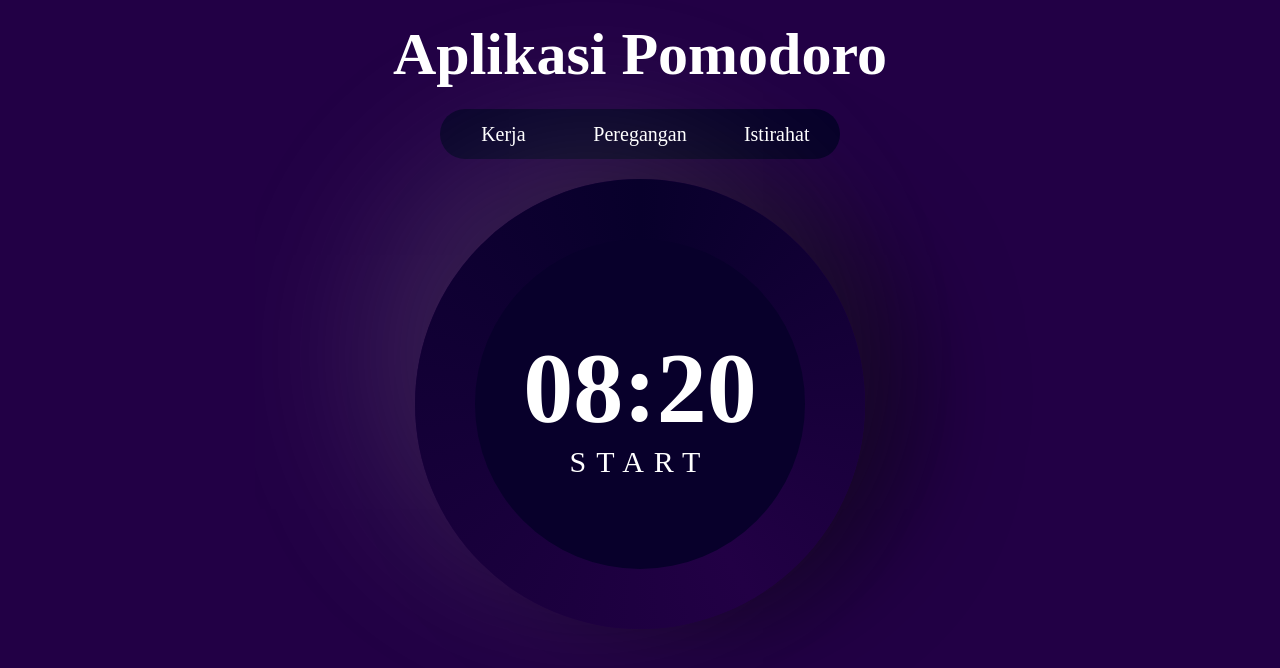
Repository: sellayspy/aplikasiPomodoro
Page: /
An editor plug-in stored every save of this project. The page is shown before and after the next save, followed by the edit.
The browser window is 1280 px wide. The pictures show the whole page.
The project was rebuilt for these pictures with package versions that can differ from the ones it lists, and the page was loaded fresh each time. Also part of the build but not shown: vite.config.js.

Above is the page before, as saved 2024-11-25 15:05:26.

### index.html
<!DOCTYPE html>
<html lang="en">
  <head>
    <meta charset="UTF-8" />
    <link rel="icon" type="image/svg+xml" href="/vite.svg" />
    <meta name="viewport" content="width=device-width, initial-scale=1.0" />
    <title>Aplikasi Pomodoro</title>
  </head>
  <body>
    <div id="root"></div>
    <script type="module" src="/src/main.jsx"></script>
  </body>
</html>

### src/main.jsx
import { StrictMode } from "react";
import { createRoot } from "react-dom/client";
import { createGlobalStyle, ThemeProvider } from "styled-components";
import App from "./App.jsx";
import StateProvider from "./components/StateProvider.jsx";

const GlobalStyle = createGlobalStyle`

*{
  margin: 0;
  padding: 0;
  box-sizing: border-box;
}

  html,body{
    background-color: ${(props) => props.theme.colors.bg};;
    font-size: 62.5%;
  }

  body{
    font-size: 1.6rem;
    color: white;
  }

`;

const theme = {
  colors: {
    primary: "#b85600",
    secondary: "#08002b",
    bg: "#220045",
  },
};

createRoot(document.getElementById("root")).render(
  <StrictMode>
    <StateProvider>
      <ThemeProvider theme={theme}>
        <GlobalStyle />
        <App />
      </ThemeProvider>
    </StateProvider>
  </StrictMode>
);

### src/App.jsx
import styled from "styled-components";
import Judul from "./components/Judul";
import Timer from "./components/Timer";

function App() {
  return (
    <>
      <Title>Aplikasi Pomodoro</Title>
      <Judul />
      <Timer />
    </>
  );
}

export default App;

const Title = styled.h1`
  font-size: 6rem;
  padding: 2rem 0;
  text-align: center;
`;

### src/components/StateProvider.jsx
import { createContext, useState } from "react";
export const StateContext = createContext();

const StateProvider = ({ children }) => {
  const [activeTag, setActiveTag] = useState(0);
  const [progress, setProgress] = useState(55);
  const [time, setTime] = useState(500);
  const [isActive, setIsActive] = useState(false);
  return (
    <StateContext.Provider
      value={{
        activeTag,
        setActiveTag,
        setProgress,
        isActive,
        setIsActive,
        time,
        setTime,
      }}
    >
      {children}
    </StateContext.Provider>
  );
};

export default StateProvider;

### src/components/Judul.jsx
import styled, { css } from "styled-components";
import { useContext } from "react";
import { StateContext } from "./StateProvider";

const Judul = () => {
  const { active, setActive } = useContext(StateContext);

  const handleJudulClick = (index) => {
    setActive(index);
  };
  return (
    <JudulContainer>
      {["Kerja", "Peregangan", "Istirahat"].map((tag, i) => (
        <Tag onClick={() => handleJudulClick(i)} active={active === i} key={i}>
          {tag}
        </Tag>
      ))}
    </JudulContainer>
  );
};

export default Judul;

const JudulContainer = styled.div`
  background: ${(props) => props.theme.colors.secondary};
  height: 5rem;
  width: 40rem;
  margin: 0 auto;
  border-radius: 5rem;
  display: flex;
  gap: 1rem;
  align-items: center;
`;

const Tag = styled.button`
  all: unset;
  height: 4rem;
  text-align: center;
  border-radius: 5rem;
  flex: 1;
  font-size: 2rem;

  ${({ active }) =>
    active &&
    css`
      background: ${(props) => props.theme.colors.primary};
    `}
`;

### src/components/Timer.jsx
import styled from "styled-components";
import TimerProgress from "./TimerProgress";

const Timer = () => {
  return (
    <TimerContainer>
      <TimerProgress />
    </TimerContainer>
  );
};

export default Timer;

const TimerContainer = styled.div`
  background: conic-gradient(
    ${(props) => props.theme.colors.secondary},
    ${(props) => props.theme.colors.bg} 150deg,
    ${(props) => props.theme.colors.secondary}
  );

  width: 45rem;
  height: 45rem;

  margin: 2rem auto;
  border-radius: 50%;
  display: grid;
  place-items: center;
  box-shadow: -50px -50px 150px rgba(158, 158, 158, 0.2),
    50px -10px 100px rgba(0, 0, 0, 0.5);
`;

### src/components/TimerProgress.jsx
import { useContext } from "react";
import styled from "styled-components";
import Waktu from "./Waktu";
import { StateContext } from "./StateProvider";

const TimerProgress = () => {
  const { progress, setProgress } = useContext(StateContext);

  return (
    <OuterCircle progress={progress}>
      <InnerCircle>
        <Waktu />
      </InnerCircle>
    </OuterCircle>
  );
};

export default TimerProgress;

const OuterCircle = styled.div`
  width: 35rem;
  height: 35rem;

  border-radius: 50%;
  display: grid;
  place-items: center;
  background: conic-gradient(
    ${(props) => props.theme.colors.primary} ${({ progress }) => progress}%,
    transparent ${({ progress }) => progress}%
  );
`;

const InnerCircle = styled.div`
  width: 33rem;
  height: 33rem;
  background: ${(props) => props.theme.colors.secondary};

  border-radius: 50%;
  display: grid;
  place-items: center;
`;

### src/components/Waktu.jsx
import { useEffect, useState } from "react";
import styled from "styled-components";

const Waktu = () => {
  const [time, setTime] = useState(500);
  const [isActive, setIsActive] = useState(false);
  useEffect(() => {
    if (isActive && time > 0) {
      const interval = setInterval(() => {
        setTime((time) => time - 1);
      }, 1000);

      return () => clearInterval(interval);
    }
  }, [time, isActive]);

  const buttonClick = () => {
    setIsActive(!isActive);
  };

  const getTime = (time) => {
    const min = Math.floor(time / 60);
    const sec = time % 60;
    return `${min < 10 ? "0" + min : min}:${sec < 10 ? "0" + sec : sec}`;
  };

  return (
    <ClockContainer>
      <TimerText>{getTime(time)}</TimerText>
      <StartPauseButton onClick={buttonClick}>
        {isActive ? "Pause" : "Start"}
      </StartPauseButton>
    </ClockContainer>
  );
};

export default Waktu;
const ClockContainer = styled.div`
  display: grid;
  place-items: center;
`;

const TimerText = styled.h3`
  font-size: 10rem;
`;

const StartPauseButton = styled.button`
  all: unset;
  text-align: center;
  font-size: 3rem;
  text-transform: uppercase;
  letter-spacing: 1rem;
`;

After the next save:
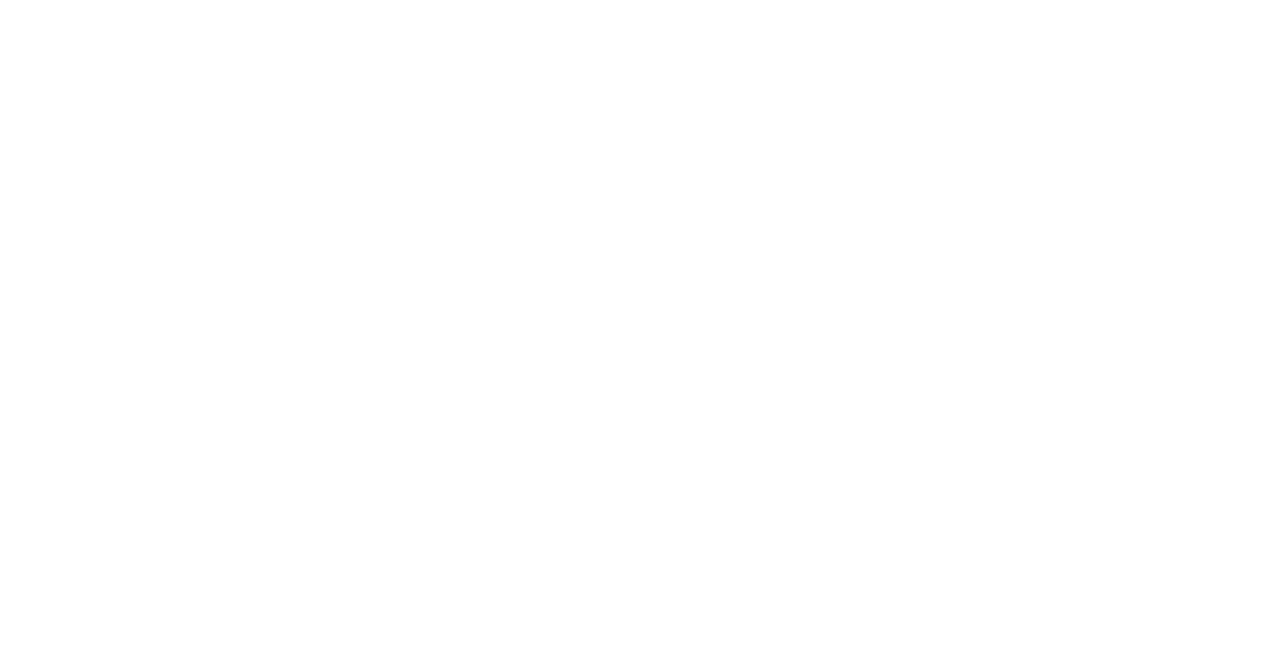
Console error (its wording comes from the project's code and is left out).
Saved 35 s later.
--- a/src/components/Waktu.jsx
+++ b/src/components/Waktu.jsx
@@ -1,9 +1,9 @@
-import { useEffect, useState } from "react";
+import { useEffect, useContext } from "react";
 import styled from "styled-components";
 
 const Waktu = () => {
-  const [time, setTime] = useState(500);
-  const [isActive, setIsActive] = useState(false);
+  const [time, setTime] = useContext(500);
+  const [isActive, setIsActive] = useContext(false);
   useEffect(() => {
     if (isActive && time > 0) {
       const interval = setInterval(() => {

After the 2 saves that followed:
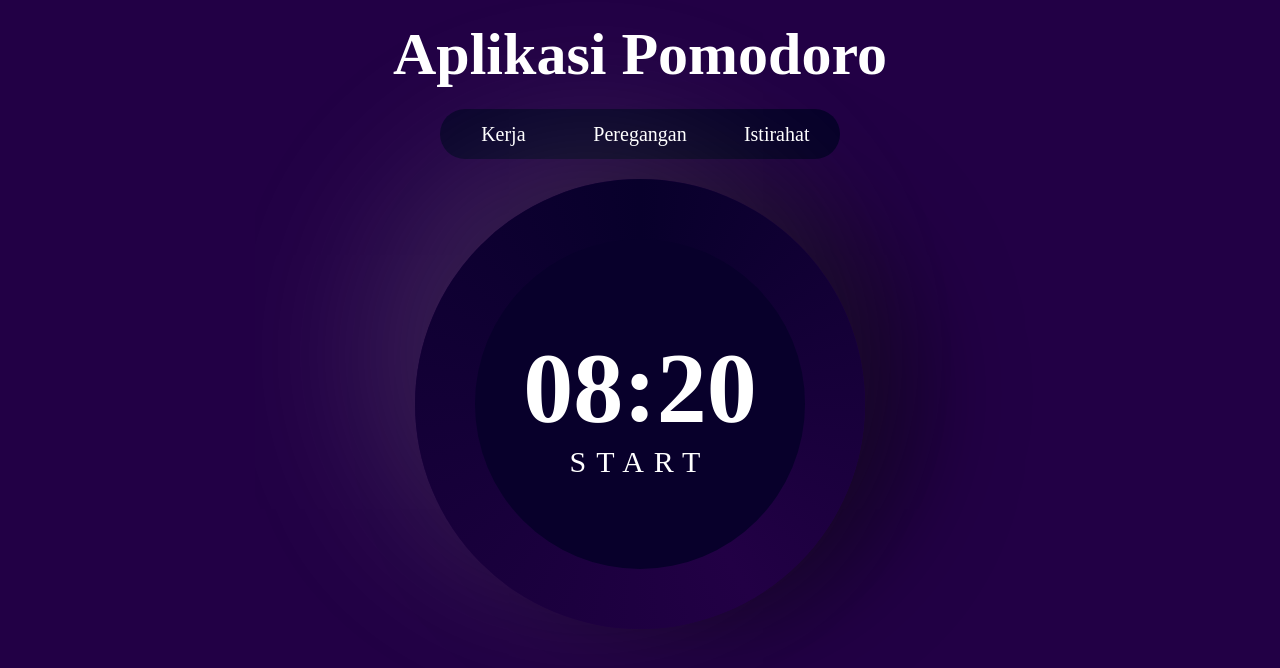
The error is gone.
The 2 saves are shown as one change because 1 left the picture as it was.
The last was saved 51 s later.
--- a/src/components/Waktu.jsx
+++ b/src/components/Waktu.jsx
@@ -1,9 +1,9 @@
 import { useEffect, useContext } from "react";
 import styled from "styled-components";
+import { StateContext } from "./StateProvider";
 
 const Waktu = () => {
-  const [time, setTime] = useContext(500);
-  const [isActive, setIsActive] = useContext(false);
+  const { time, setTime, isActive, setIsActive } = useContext(StateContext);
   useEffect(() => {
     if (isActive && time > 0) {
       const interval = setInterval(() => {
